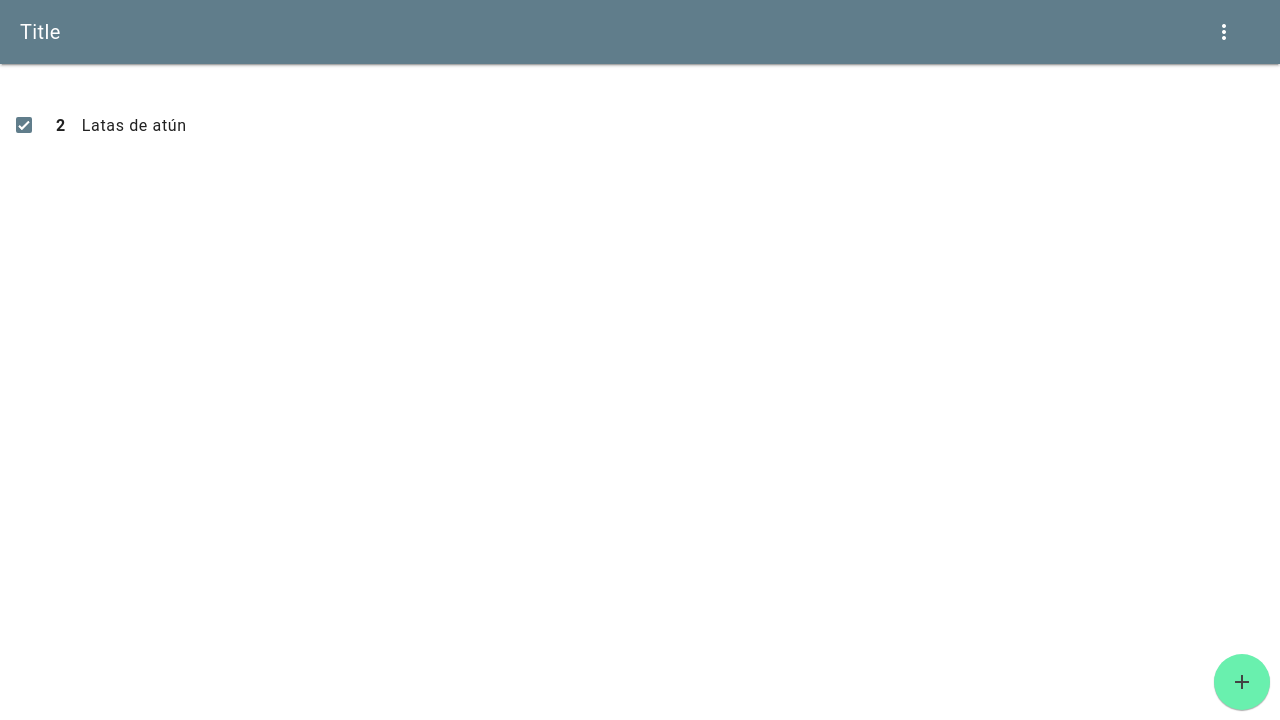
Repository: robertods/robertods.github.io
Page: my-pwa/mockups/main.html
These files come from the project's save history. The page is drawn as it stood at one moment and after the next save; the edit follows.
The browser window is 1280 px wide. The pictures show the whole page.

Above is the page before, as saved 2022-04-25 20:56:02.

### my-pwa/mockups/main.html
<!DOCTYPE html>
<html lang="en">
<head>
  <meta charset="UTF-8">
  <meta http-equiv="X-UA-Compatible" content="IE=edge">
  <meta name="viewport" content="width=device-width, initial-scale=1.0">
  <title>Document</title>
  <link rel="stylesheet" href="../vendor/mdl/material.min.css">
  <link rel="stylesheet" href="../vendor/mdl/icons.css">
  <link rel="stylesheet" href="../style.css">
</head>
<body>

  <div class="mdl-layout mdl-js-layout mdl-layout--fixed-header">
    <header class="mdl-layout__header">
      <div class="mdl-layout__header-row">
        <span class="mdl-layout-title">Title</span>
        <div class="mdl-layout-spacer"></div>
        <button id="demo-menu-lower-right" class="mdl-button mdl-js-button mdl-button--icon">
          <i class="material-icons">more_vert</i>
        </button>
        <ul class="mdl-menu mdl-menu--bottom-right mdl-js-menu mdl-js-ripple-effect"
            for="demo-menu-lower-right">
          <li class="mdl-menu__item">Borrar todos</li>
          <li class="mdl-menu__item">Borrar comprados</li>
          <li class="mdl-menu__item">Ordenar</li>
        </ul>
      </div>
    </header>
    <main class="mdl-layout__content">
      <div class="page-content">

      <!-- List with avatar and controls -->
      <style>
        .demo-list-control {
          width: 600px;
        }

        .demo-list-radio {
          display: inline;
        }
      </style>

        <ul class="demo-list-control mdl-list">
          <li class="mdl-list__item">
            <span class="mdl-list__item-secondary-action">
              <label class="mdl-checkbox mdl-js-checkbox mdl-js-ripple-effect" for="list-checkbox-1">
                <input type="checkbox" id="list-checkbox-1" class="mdl-checkbox__input" checked />
              </label>
            </span>
            <span class="mdl-list__item-primary-content">
              <span class="count">2</span>
              Latas de atún
            </span>
          </li>

        </ul>

        <button class="action-corner mdl-button mdl-js-button mdl-button--fab mdl-js-ripple-effect mdl-button--colored">
          <i class="material-icons">add</i>
        </button>
      </div>
    </main>
  </div>

  <script src="../vendor/mdl/material.min.js"></script>
</body>
</html>

### my-pwa/vendor/mdl/icons.css
/* fallback */
@font-face {
  font-family: 'Material Icons';
  font-style: normal;
  font-weight: 400;
  src: url(icons.woff2) format('woff2');
}

.material-icons {
  font-family: 'Material Icons';
  font-weight: normal;
  font-style: normal;
  font-size: 24px;
  line-height: 1;
  letter-spacing: normal;
  text-transform: none;
  display: inline-block;
  white-space: nowrap;
  word-wrap: normal;
  direction: ltr;
  -webkit-font-feature-settings: 'liga';
  -webkit-font-smoothing: antialiased;
}

### my-pwa/style.css
.mdl-layout__header-row {
  padding-left: 20px;
}

.count {
  padding: 16px;
  font-weight: bolder;
}

.action-corner {
  position: fixed;
  bottom: 10px;
  right: 10px;
}

Loaded but not shown: my-pwa/vendor/mdl/material.min.css (library); my-pwa/vendor/mdl/material.min.js (library)

After the next save:
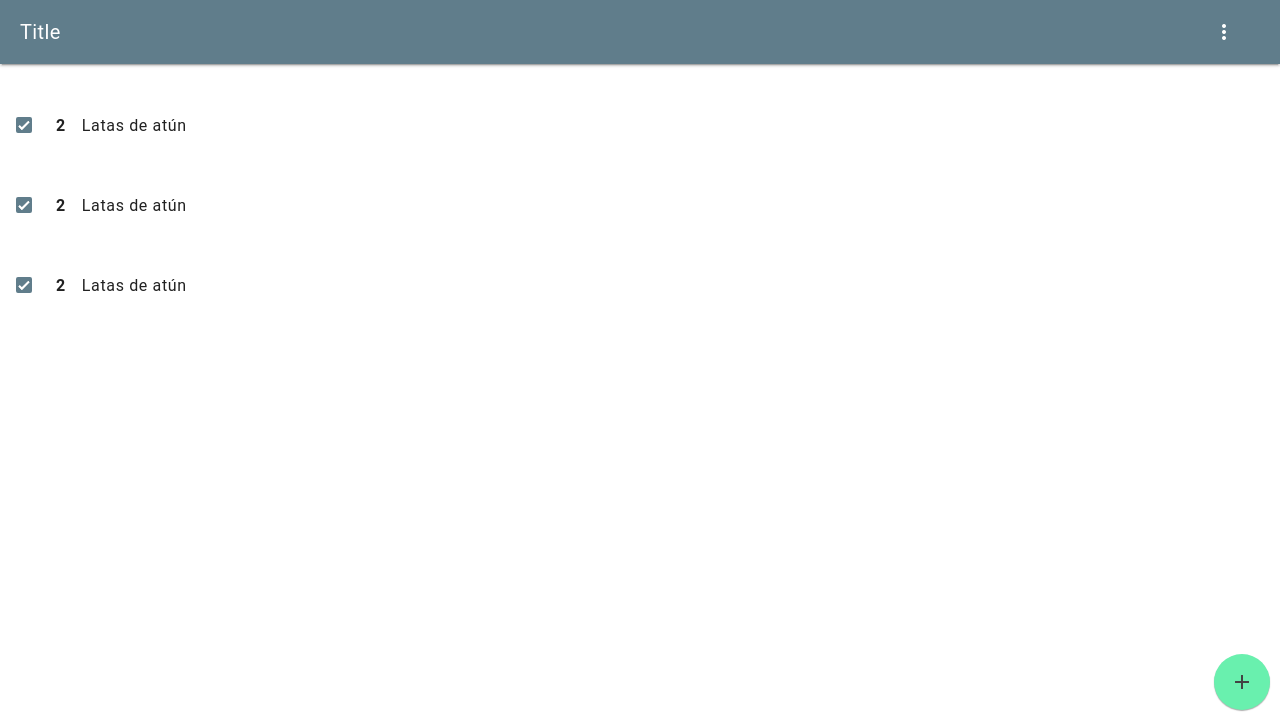
Saved 11 s later.
--- a/my-pwa/mockups/main.html
+++ b/my-pwa/mockups/main.html
@@ -53,7 +53,28 @@
               Latas de atún
             </span>
           </li>
-
+          <li class="mdl-list__item">
+            <span class="mdl-list__item-secondary-action">
+              <label class="mdl-checkbox mdl-js-checkbox mdl-js-ripple-effect" for="list-checkbox-1">
+                <input type="checkbox" id="list-checkbox-1" class="mdl-checkbox__input" checked />
+              </label>
+            </span>
+            <span class="mdl-list__item-primary-content">
+              <span class="count">2</span>
+              Latas de atún
+            </span>
+          </li>
+          <li class="mdl-list__item">
+            <span class="mdl-list__item-secondary-action">
+              <label class="mdl-checkbox mdl-js-checkbox mdl-js-ripple-effect" for="list-checkbox-1">
+                <input type="checkbox" id="list-checkbox-1" class="mdl-checkbox__input" checked />
+              </label>
+            </span>
+            <span class="mdl-list__item-primary-content">
+              <span class="count">2</span>
+              Latas de atún
+            </span>
+          </li>
         </ul>
 
         <button class="action-corner mdl-button mdl-js-button mdl-button--fab mdl-js-ripple-effect mdl-button--colored">
